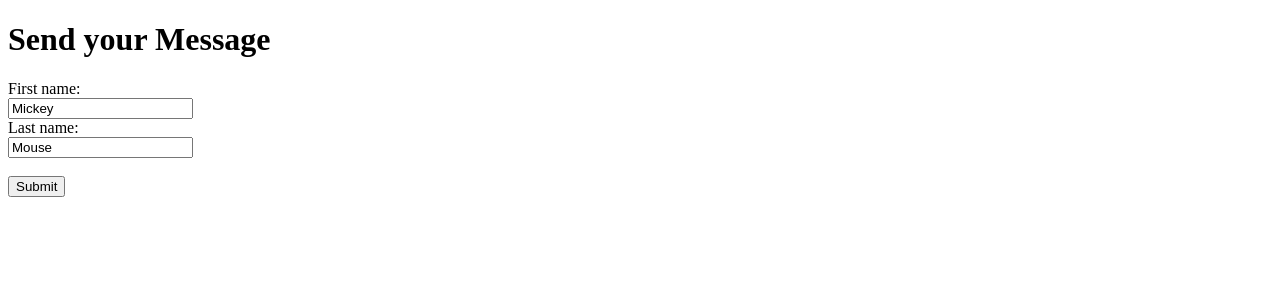
Repository: jzhang4/108-quizlet
Page: http://localhost/Quizlet/SendMessage.jsp
The author's editor kept a copy of each file at every save. The page is drawn from the files as they stood at one save, then again after the next save.
The browser window is 1280 px wide. The pictures show the whole page.
The page is served by Tomcat 9. Nobody is signed in. The application's start-up code is not run. Other server files are loaded and not shown.

Above is the page before, as saved 2016-03-10 00:56:11.

### Quizlet/WebContent/SendMessage.jsp
<%@ page language="java" contentType="text/html; charset=UTF-8"
    pageEncoding="UTF-8"%>
<!DOCTYPE html PUBLIC "-//W3C//DTD HTML 4.01 Transitional//EN" "http://www.w3.org/TR/html4/loose.dtd">
<html>
<head>
<meta http-equiv="Content-Type" content="text/html; charset=UTF-8">
<title>Send New Message</title>
</head>
<body>

<h1>Send your Message</h1>

<form action="action_page.php">
  First name:<br>
  <input type="text" name="firstname" value="Mickey"><br>
  Last name:<br>
  <input type="text" name="lastname" value="Mouse"><br><br>
  <input type="submit" value="Submit">
</form>

</body>
</html>

After the next save:
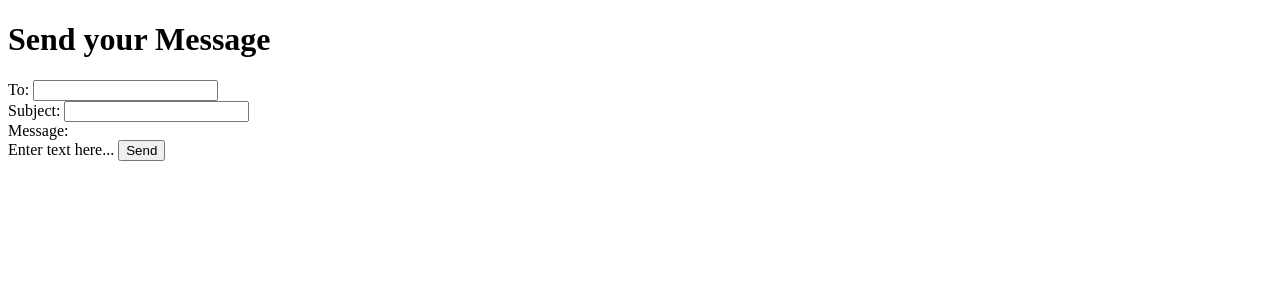
Saved 3 min 11 s later.
--- a/Quizlet/WebContent/SendMessage.jsp
+++ b/Quizlet/WebContent/SendMessage.jsp
@@ -10,12 +10,12 @@
 
 <h1>Send your Message</h1>
 
-<form action="action_page.php">
-  First name:<br>
-  <input type="text" name="firstname" value="Mickey"><br>
-  Last name:<br>
-  <input type="text" name="lastname" value="Mouse"><br><br>
-  <input type="submit" value="Submit">
+<form action="SendNewMessageServlet" method "post">
+  To: <input type="text" name="recipient"><br>
+  Subject: <input type="text" name="subject"><br>
+  Message:<br><textare
+  a name="comment" form="usrform">Enter text here...</textarea>
+  <input type="submit" value="Send">
 </form>
 
 </body>
